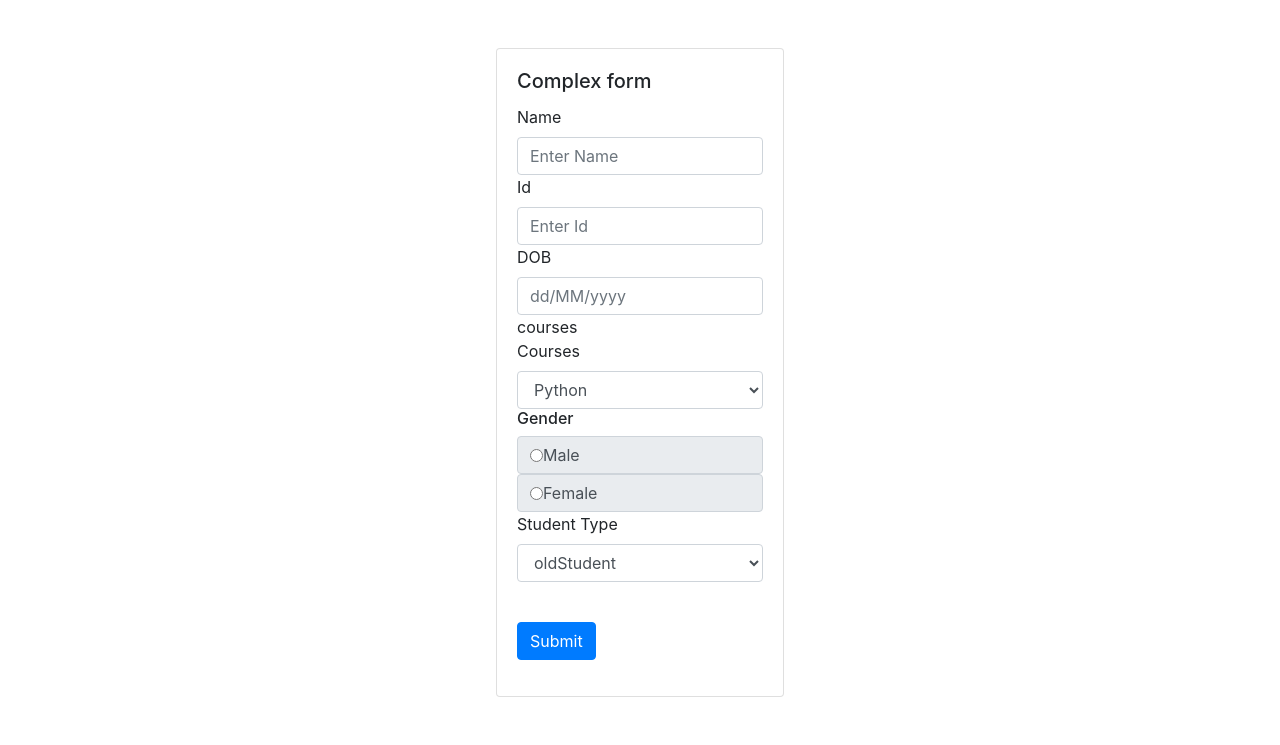
Repository: parvaizsajad/SpringFrameWork
Page: http://localhost/com.springMvc.search/complex
The author's editor kept a copy of each file at every save. The page is drawn from the files as they stood at one save, then again after the next save.
The browser window is 1280 px wide. The pictures show the whole page.
Some web libraries are served in a nearby version. The page is served by Tomcat 9.

Above is the page before, as saved 2021-09-10 11:49:42.

After the next save:
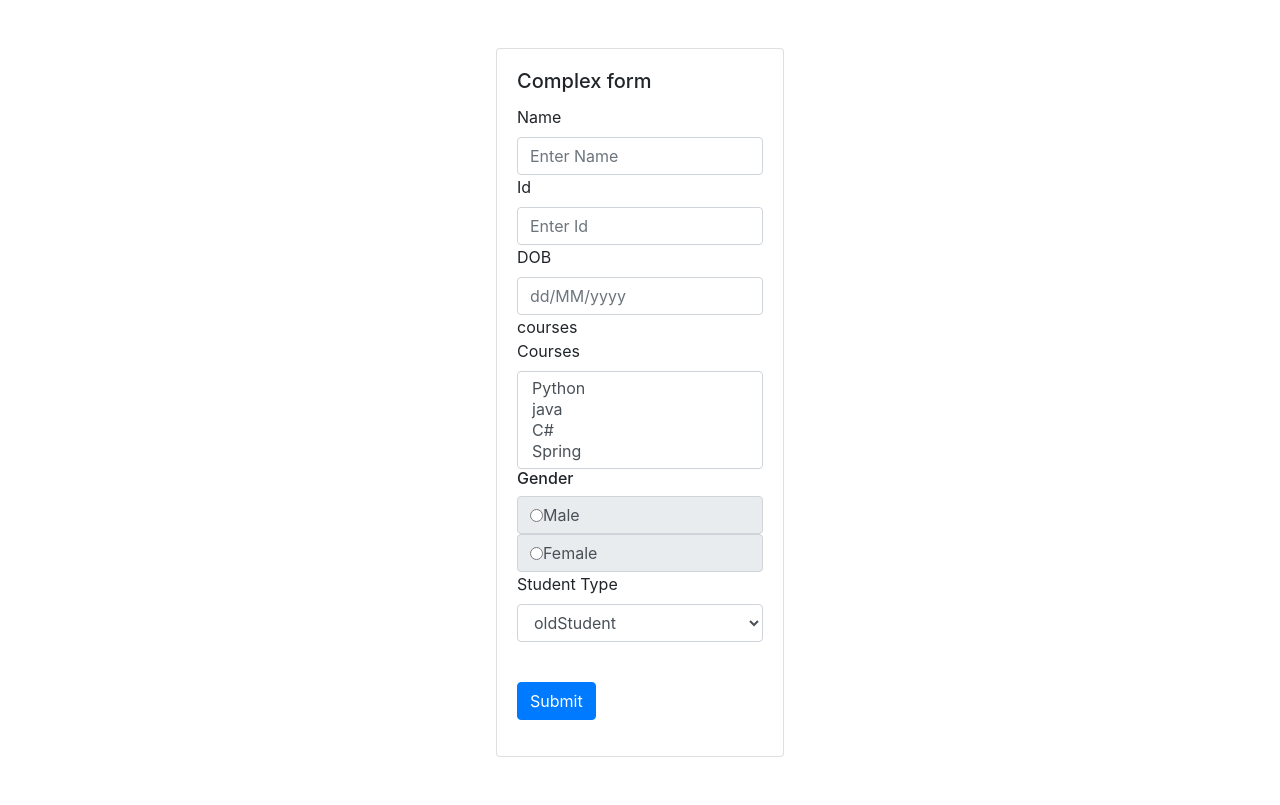
Saved 83 s later.
--- a/com.springMvc.search/src/main/webapp/WEB-INF/views/complex.jsp
+++ b/com.springMvc.search/src/main/webapp/WEB-INF/views/complex.jsp
@@ -34,7 +34,7 @@
 
     <h7> courses</h7>
    <div class="form-group">
- <label for="">Courses</label><select class="form-control" name="courses">
+ <label for="">Courses</label><select class="form-control" name="courses" multiple="multiple">
  <option value="python">Python</option>
   <option value="java">java</option>
    <option value="java">C#</option>
